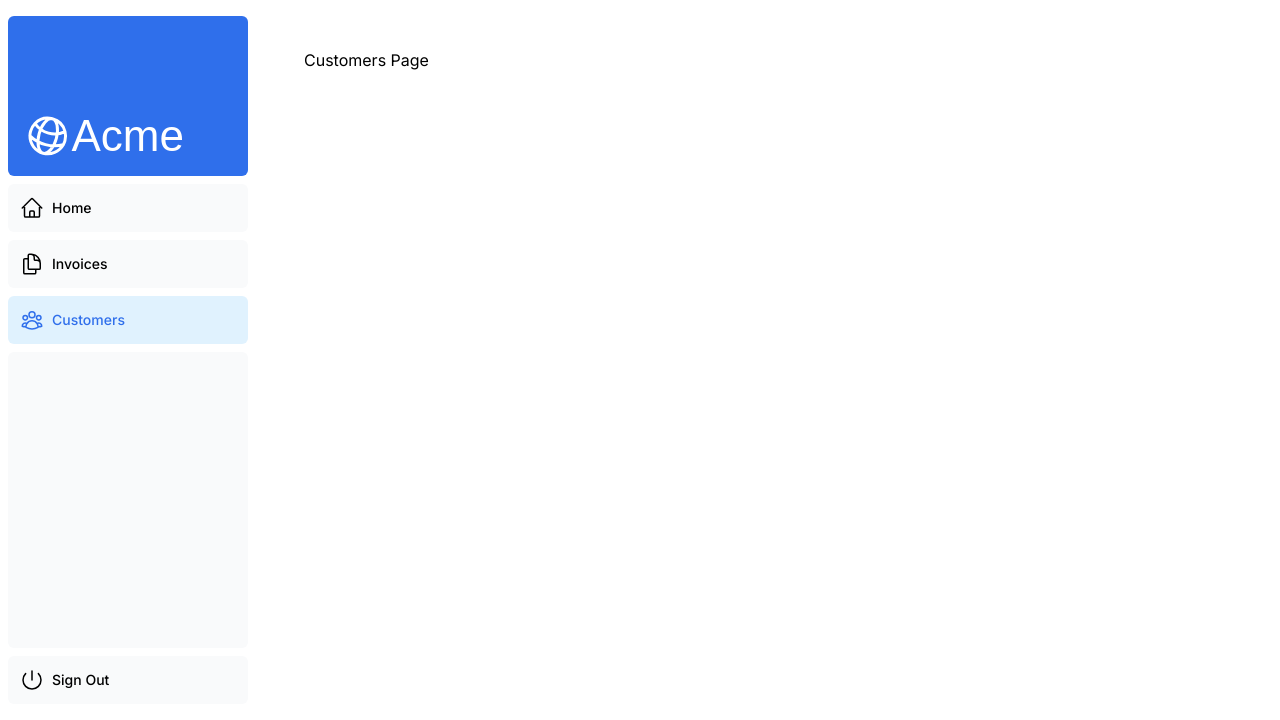
Repository: rlhardrock/NextJS
Page: /dashboard/customers
The author's editor kept a copy of each file at every save. The page is drawn from the files as they stood at one save, then again after a run of saves.
The browser window is 1280 px wide. The pictures show the whole page.
Some web fonts or font styles are not loaded; a fallback is used. The project was rebuilt for these pictures with package versions that can differ from the ones it lists, and the page was loaded fresh each time. The framework's server and built-in components were replaced by stand-ins that run in the browser. Also part of the build but not shown: next.config.ts.

Above is the page before, as saved 2024-12-15 22:58:19.

After the next 2 saves:
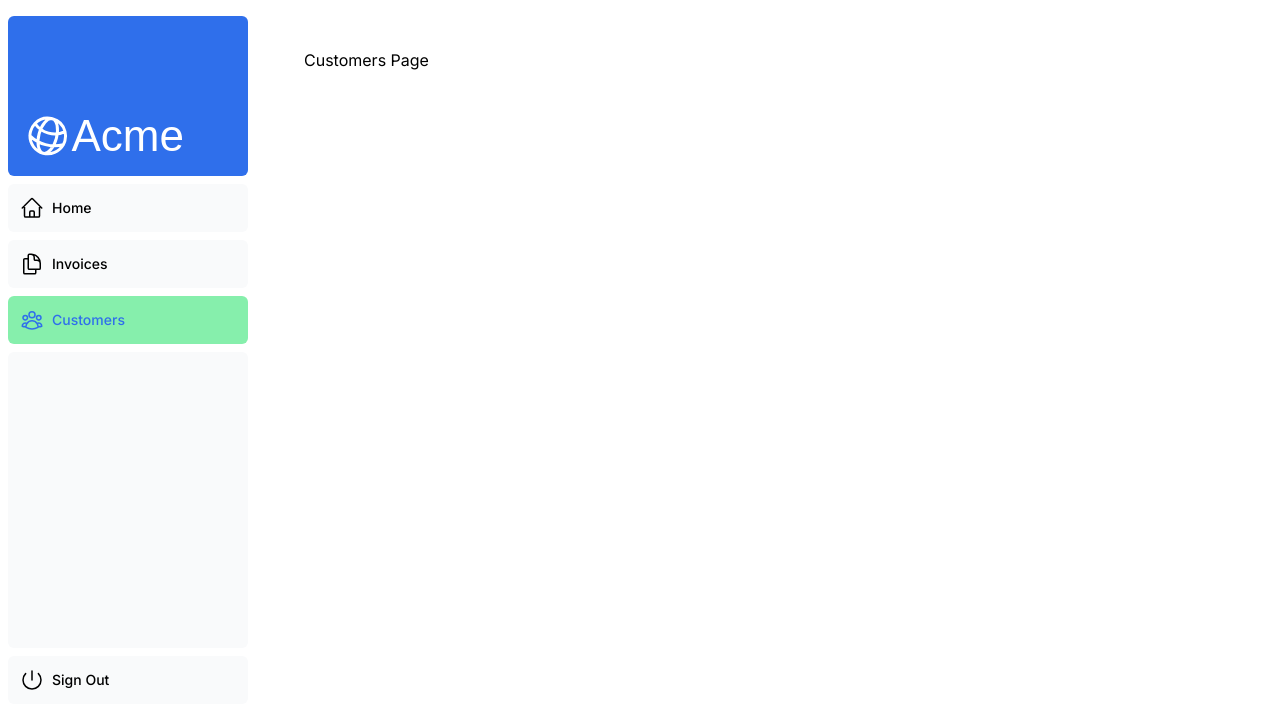
The 2 saves are shown as one change because they came seconds apart.
The last was saved 31 s later.
--- a/app/ui/dashboard/nav-links.tsx
+++ b/app/ui/dashboard/nav-links.tsx
@@ -34,7 +34,7 @@
             className={clsx(
               'flex h-[48px] grow items-center justify-center gap-2 rounded-md bg-gray-50 p-3 text-sm font-medium hover:bg-blue-800 hover:text-orange-400 md:flex-none md:justify-start md:p-2 md:px-3',
               {
-                'bg-sky-100 text-blue-600': pathname === link.href,
+                'bg-green-300 text-blue-600': pathname === link.href,
               },
             )}
           >
